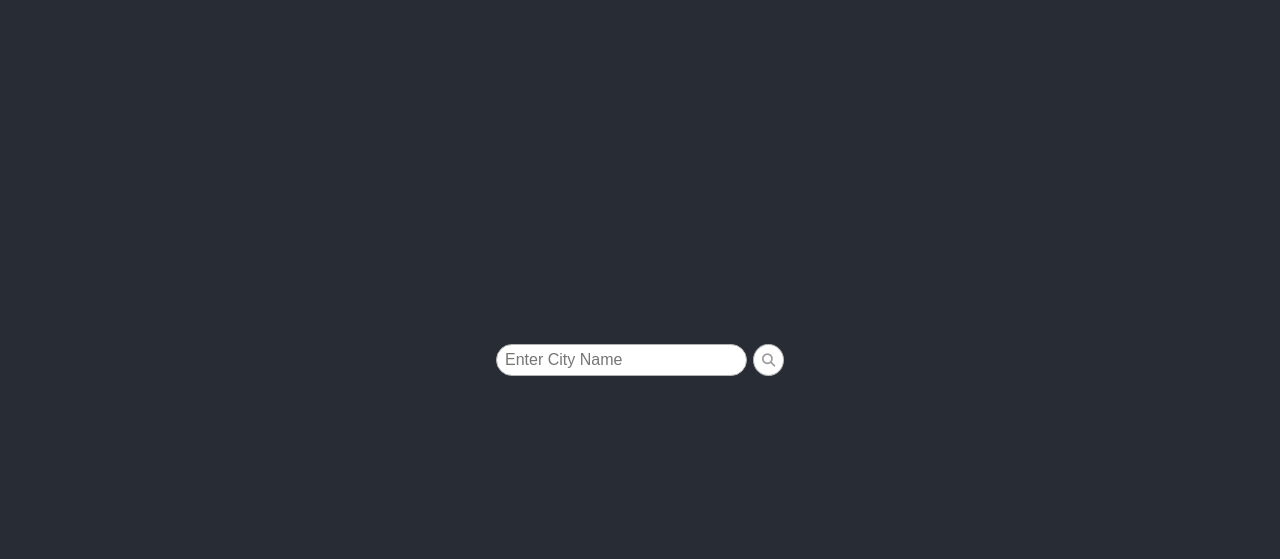
Repository: MinhajulMukthar/Weather-WebApp
Page: Weather App/src/main/webapp/index.html
The author's editor kept a copy of each file at every save. The page is drawn from the files as they stood at one save, then again after the next save.
The browser window is 1280 px wide. The pictures show the whole page.

Above is the page before, as saved 2024-09-26 02:23:13.

### Weather App/src/main/webapp/index.html
<!DOCTYPE html>
<html>
<head>
<meta charset="UTF-8">
<meta http-equiv="X-UA-Compatible" content="IE=edge">
<meta name="viewport" content="width=device-width, initial-scale=1.0">
<title>Weather App</title>
<link rel="icon" href="images/rain.png" type="image/png">
<link rel="stylesheet"
	href="https://cdnjs.cloudflare.com/ajax/libs/font-awesome/6.4.0/css/all.min.css" />
<link rel="stylesheet" href="style.css" />

</head>
<body>
	<div class="container">
		<!-- <img src="images/Animation.gif"
			style="height: 150px; width: auto; /* filter: drop-shadow(10px 10px 10px black) */;">
		<h1>Welcome to the Weather Web App</h1>

		<h2>Technologies Used:</h2>
		<p>HTML, CSS, JS, Java, Servlet, JSP, OpenWeather API</p> -->
		<form action="ServletWeb" method="post" class="searchInput">
			<input type="text" placeholder="Enter City Name" id="searchInput"
				 name="city" />
			<button id="searchButton">
				<i class="fa-solid fa-magnifying-glass"></i>
			</button>
		</form>
	</div>
</body>
</html>

### Weather App/src/main/webapp/style.css
    * {
  margin: 0;
  padding: 0;
  box-sizing: border-box;
  font-family: "Ubuntu", sans-serif;
}

body {
            background-color: #282c34; /* Dark background color */
            color: white;
            display: flex;
            justify-content: center;
            align-items: center;
            height: 100vh;
}

.container{
		 	width: 25%;
		 	display: flex;
        	margin: 0 auto;
			text-align: center;
            color: white;
            flex-direction: column;
            align-items: center;
            justify-content: center;
            height: 100%;
}
.container h1{
	width: 100%;
}

.mainContainer {
  width: 25rem;
  height: auto;
  border-radius: 1rem;
  background: #fff;
  box-shadow: 0 14px 28px rgba(0,0,0,0.25),
			0 10px 10px rgba(0,0,0,0.22);
}

.searchInput {
  width: 100%;
  display: flex;
  padding: 1rem 1rem;
  justify-content: center;
}

.searchInput input {
  width: 100%;
  height: 2rem;
  outline: none;
  font-size: 1rem;
  color: #525050;
  padding: 0.2rem 0.5rem;
  border-radius: 1.5rem;
  border: 1px solid #b3b3b3;
}

.searchInput input:focus {
  border: 1px solid #9c9dde;
}

.searchInput button {
  width: 2.2rem;
  height: 2rem;
  cursor: pointer;
  color: #9b9b9b;
  border-radius: 50%;
  margin-left: 0.4rem;
  transition: all 0.3s ease;
  background-color: #fff;
  border: 1px solid #b3b3b3;
}

.searchInput button:hover {
  color: #fff;
  background-color: #9c9dde;
  border: 1px solid #9c9dde;
}

.weatherIcon {
  display: flex;
  padding-top: 0.5rem;
  padding-bottom: 0.5rem;
  justify-content: center;
}

.weatherIcon img {
  max-width: 100%;
  width: 8rem;
}

.weatherDetails .temp{
 font-size: 2rem;
}
.cityDetails {
  color: #323232;
  font-size: 2.5rem;
  text-align: center;
  margin-bottom: 0.5rem;
}

.cityDetails .date {
  color: #323232;
  font-size: 1.5rem;
  text-align: center;
  margin-bottom: 0.5rem;
}

.windDetails {
  display: flex;
  margin-top: 1rem;
  margin-bottom: 1.5rem;
  justify-content: space-around;
}

.windDetails .humidityBox {
  display: flex;
  font-size: 1rem;
  color: #323232;
}

.windDetails .humidity .humidityValue {
 text-align: center;
  font-size: 2rem;
  color: #323232;
}

.windDetails .humidityBox img {
  max-height: 3rem;
  margin-right: 0.5rem;
}

.windDetails .windSpeed {
  display: flex;
  font-size: 1rem;
  color: #323232;
}

.windDetails .windSpeed img {
  max-height: 3rem;
  margin-right: 0.5rem;
}


image-logo{
        height: auto;
        width: auto;
        filter: drop-shadow(20px 10px 10px black);
      }

After the next save:
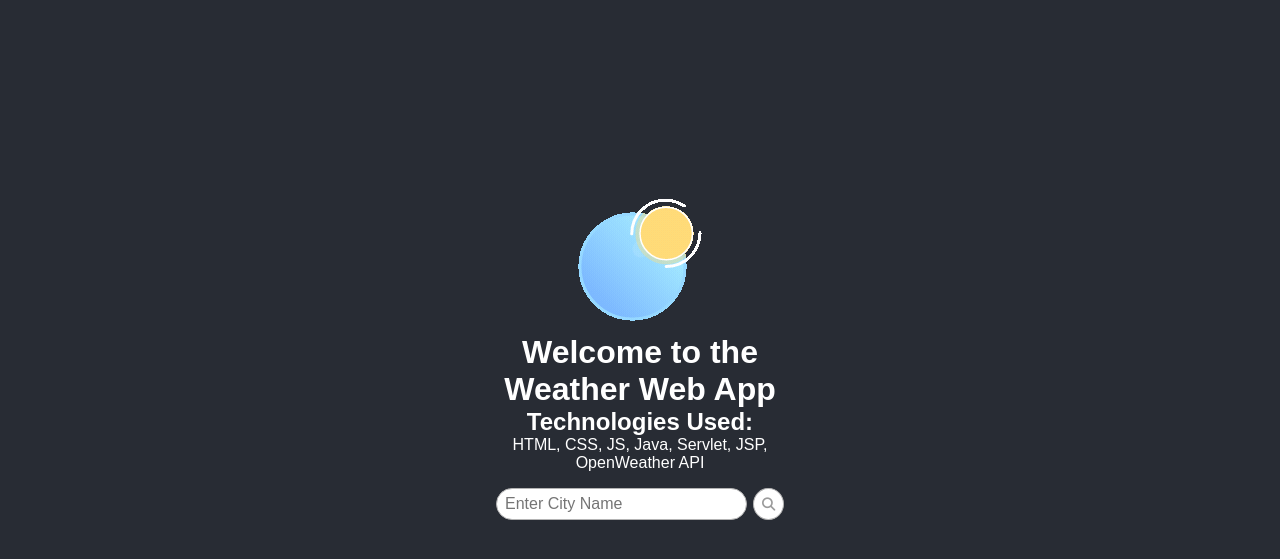
Saved 2 min 12 s later.
--- a/Weather App/src/main/webapp/index.html
+++ b/Weather App/src/main/webapp/index.html
@@ -13,12 +13,12 @@
 </head>
 <body>
 	<div class="container">
-		<!-- <img src="images/Animation.gif"
+		<img src="images/Animation.gif"
 			style="height: 150px; width: auto; /* filter: drop-shadow(10px 10px 10px black) */;">
 		<h1>Welcome to the Weather Web App</h1>
 
 		<h2>Technologies Used:</h2>
-		<p>HTML, CSS, JS, Java, Servlet, JSP, OpenWeather API</p> -->
+		<p>HTML, CSS, JS, Java, Servlet, JSP, OpenWeather API</p>
 		<form action="ServletWeb" method="post" class="searchInput">
 			<input type="text" placeholder="Enter City Name" id="searchInput"
 				 name="city" />
